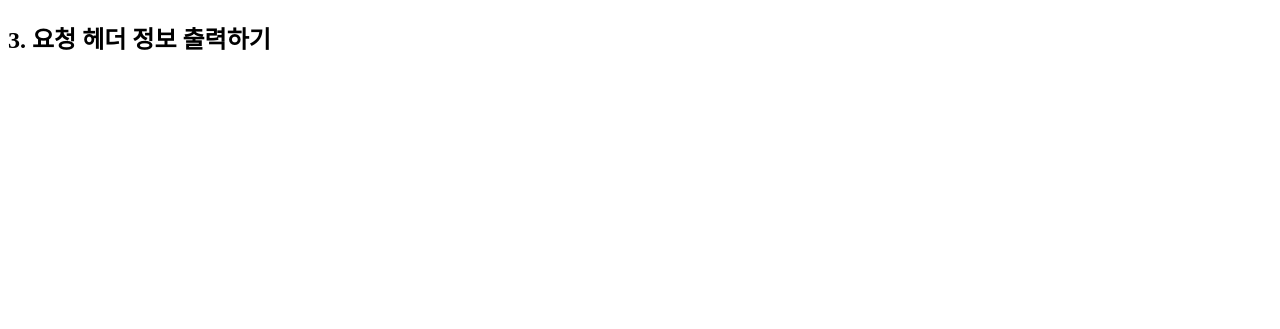
Repository: bhj305/JSP_Servlet
Page: http://localhost/MustHaveJSP/02ImplicitObject/RequestHeader.jsp
An editor plug-in stored every save of this project. The page is shown before and after the next save, followed by the edit.
The browser window is 1280 px wide. The pictures show the whole page.
The page is served by Tomcat 10. Other server files are loaded and not shown.

Above is the page before, as saved 2025-05-02 06:49:39.

### MustHaveJSP/src/main/webapp/02ImplicitObject/RequestHeader.jsp
<%@ page language="java" contentType="text/html; charset=UTF-8"
    pageEncoding="UTF-8"%>
<!DOCTYPE html>
<html>
	<head>
	<meta charset="UTF-8">
	<title>내장 객체 - request</title>
	</head>
	<body>
		<h2>3. 요청 헤더 정보 출력하기</h2>
	</body>
</html>

After the next save:
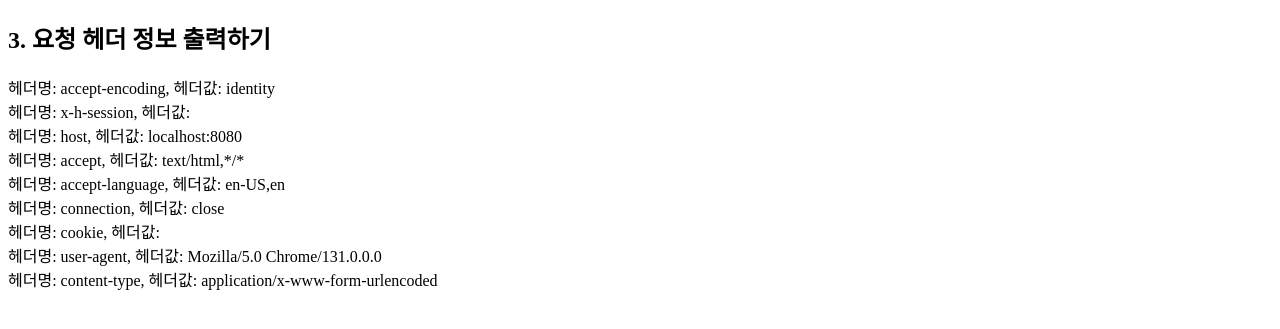
Saved 5 min 43 s later.
--- a/MustHaveJSP/src/main/webapp/02ImplicitObject/RequestHeader.jsp
+++ b/MustHaveJSP/src/main/webapp/02ImplicitObject/RequestHeader.jsp
@@ -1,3 +1,4 @@
+<%@page import="java.util.Enumeration"%>
 <%@ page language="java" contentType="text/html; charset=UTF-8"
     pageEncoding="UTF-8"%>
 <!DOCTYPE html>
@@ -8,5 +9,13 @@
 	</head>
 	<body>
 		<h2>3. 요청 헤더 정보 출력하기</h2>
+		<%
+			Enumeration headers = request.getHeaderNames();
+		while(headers.hasMoreElements()){
+			String headerName = (String)headers.nextElement();
+			String headerValue = request.getHeader(headerName);
+			out.println("헤더명: " + headerName+ ", 헤더값: " + headerValue + "<br/>");
+		}
+		%>
 	</body>
 </html>
